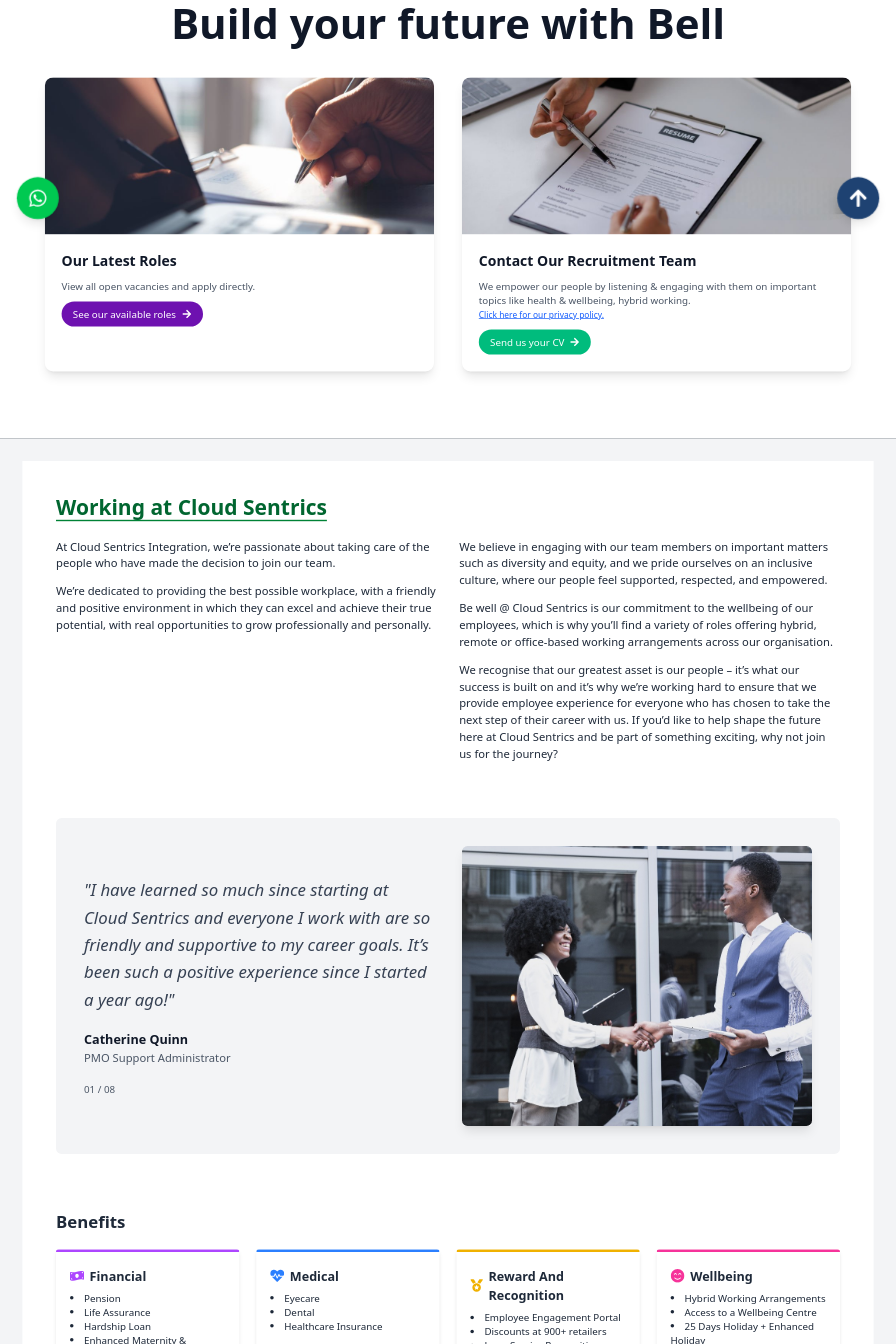
Repository: chykesure/cloudsentrics_
Page: /careers
The author's editor kept a copy of each file at every save. The page is drawn from the files as they stood at one save, then again after a run of saves.
The browser window is 1280 px wide. The pictures show the part of the page from y = 382 to 2302 px (the page is 3447 px tall before and 3635 px after), at 70% of full size.
The project was rebuilt for these pictures with package versions that can differ from the ones it lists, and the page was loaded fresh each time. Also part of the build but not shown: vite.config.js, src/pages/Header.jsx, src/pages/Footer.jsx, src/pages/students/Reviews.jsx, src/pages/students/Testimony.jsx, src/pages/students/TestimonyLanding.jsx, src/pages/LandingPage.jsx, src/pages/students/Header.jsx and 38 more.

Above is the page before, as saved 2025-04-09 11:30:42.

After the next 3 saves:
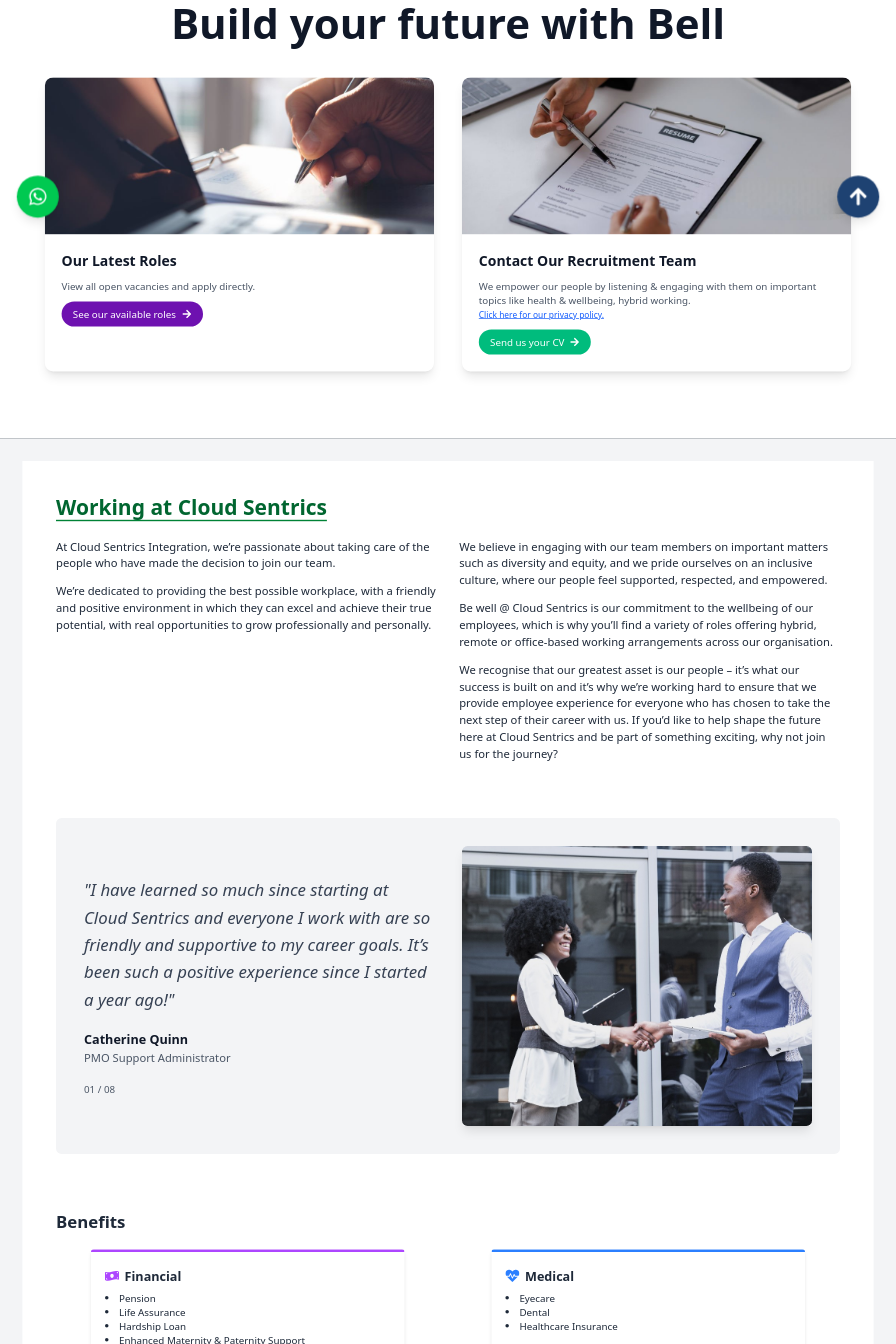
The 3 saves are shown as one change because they came seconds apart.
The last was saved 67 s later.
--- a/src/pages/partners/main_menu/otherscareer.jsx
+++ b/src/pages/partners/main_menu/otherscareer.jsx
@@ -83,8 +83,7 @@
                     Benefits
                 </motion.h3>
 
-                <div className="grid grid-cols-1 sm:grid-cols-2 lg:grid-cols-4 gap-6 text-sm text-gray-800">
-
+                <div className="grid grid-cols-1 md:grid-cols-2 gap-6 text-sm text-gray-800">
                     {/* Financial */}
                     <div className="flex justify-center">
                         <motion.div className="bg-white shadow-md p-5 rounded space-y-2 border-t-4 border-purple-500 w-full max-w-md"

After the save that followed:
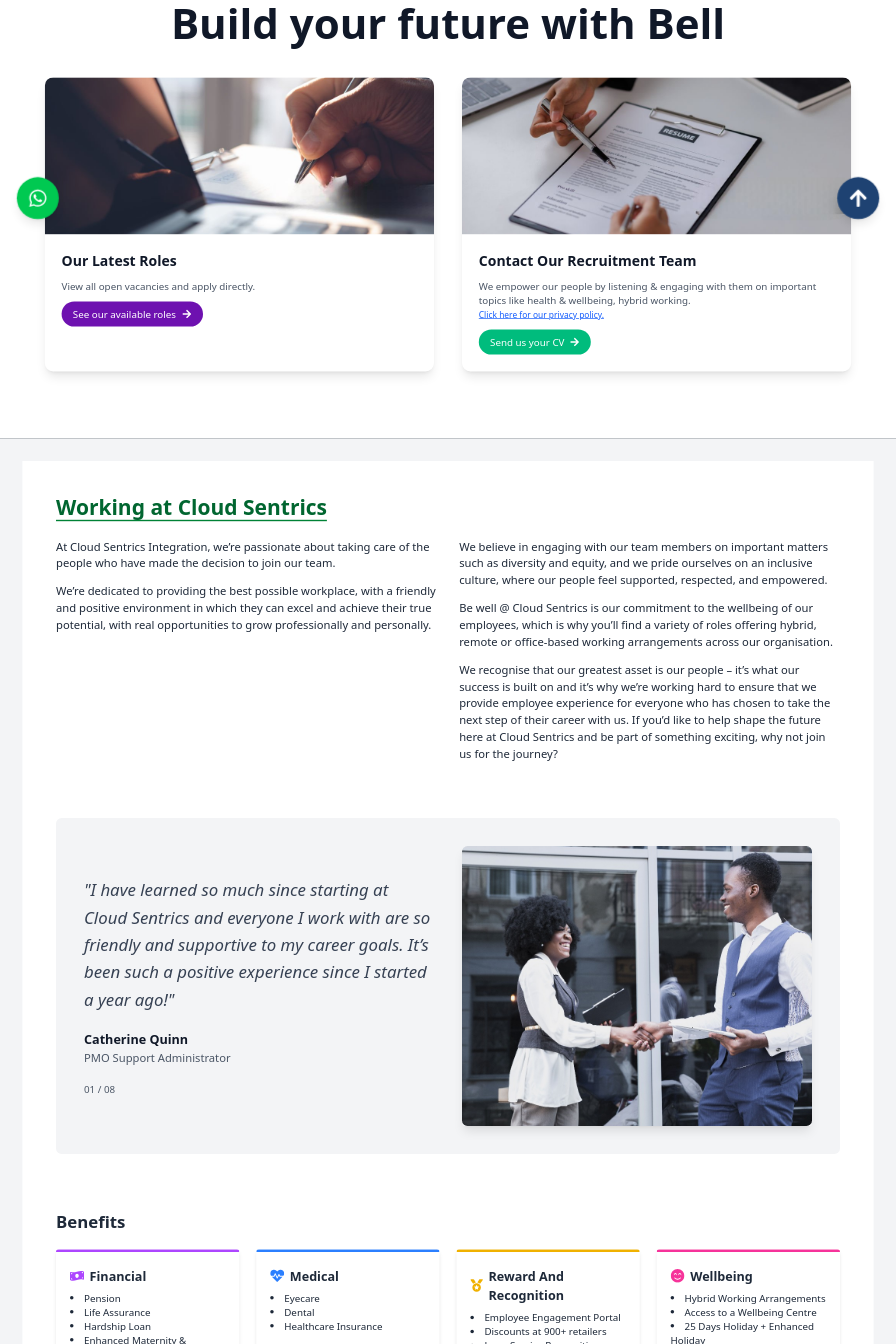
Saved 12 s later.
--- a/src/pages/partners/main_menu/otherscareer.jsx
+++ b/src/pages/partners/main_menu/otherscareer.jsx
@@ -83,7 +83,8 @@
                     Benefits
                 </motion.h3>
 
-                <div className="grid grid-cols-1 md:grid-cols-2 gap-6 text-sm text-gray-800">
+                <div className="grid grid-cols-1 sm:grid-cols-2 lg:grid-cols-4 gap-6 text-sm text-gray-800">
+
                     {/* Financial */}
                     <div className="flex justify-center">
                         <motion.div className="bg-white shadow-md p-5 rounded space-y-2 border-t-4 border-purple-500 w-full max-w-md"
